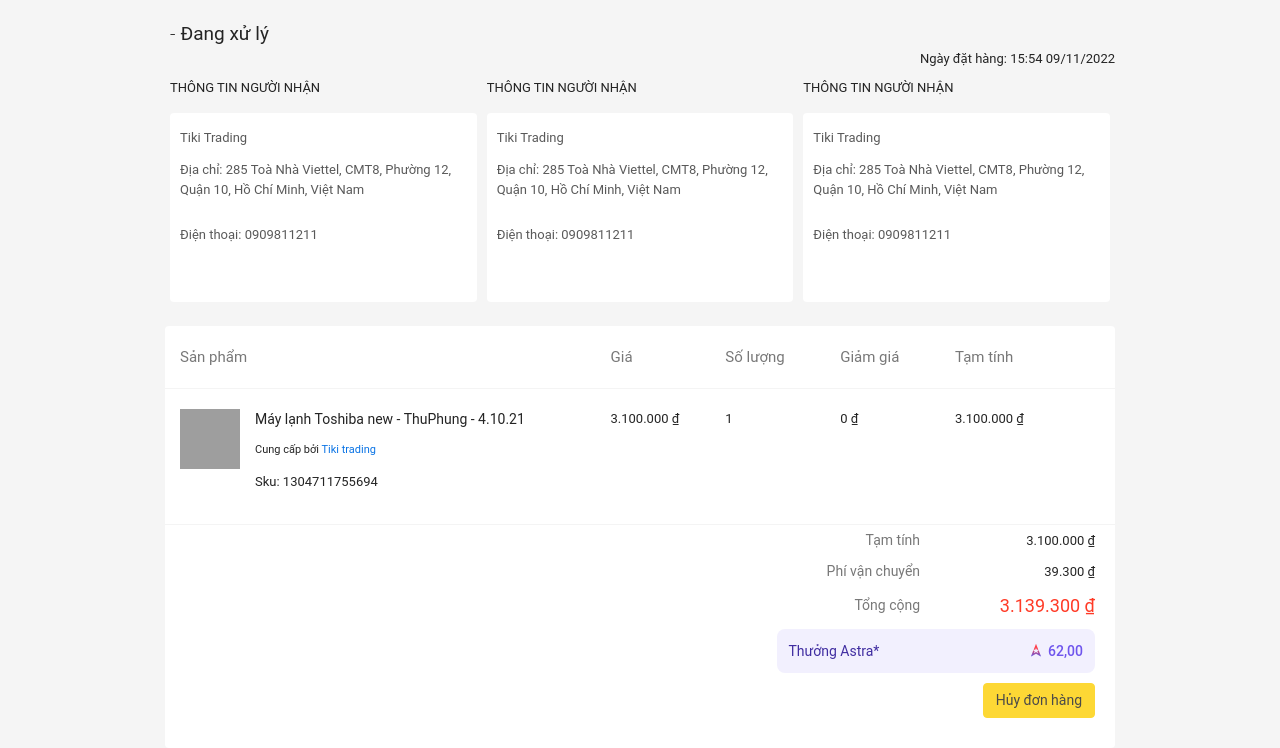
Repository: baopham2-tiki/tiki-order-listing
Page: /detailApp
An editor plug-in stored every save of this project. The page is shown before and after the next save, followed by the edit.
The browser window is 1280 px wide. The pictures show the whole page.
Pictures or frames that could not be fetched are drawn as grey boxes. The page's requests for data from a server got no answer. The project was rebuilt for these pictures with package versions that can differ from the ones it lists, and the page was loaded fresh each time. The framework's server and built-in components were replaced by stand-ins that run in the browser. No one was signed in, and anything a server would have sent is missing. Also part of the build but not shown: next.config.js.

Above is the page before, as saved 2022-11-12 13:51:54.

After the next save:
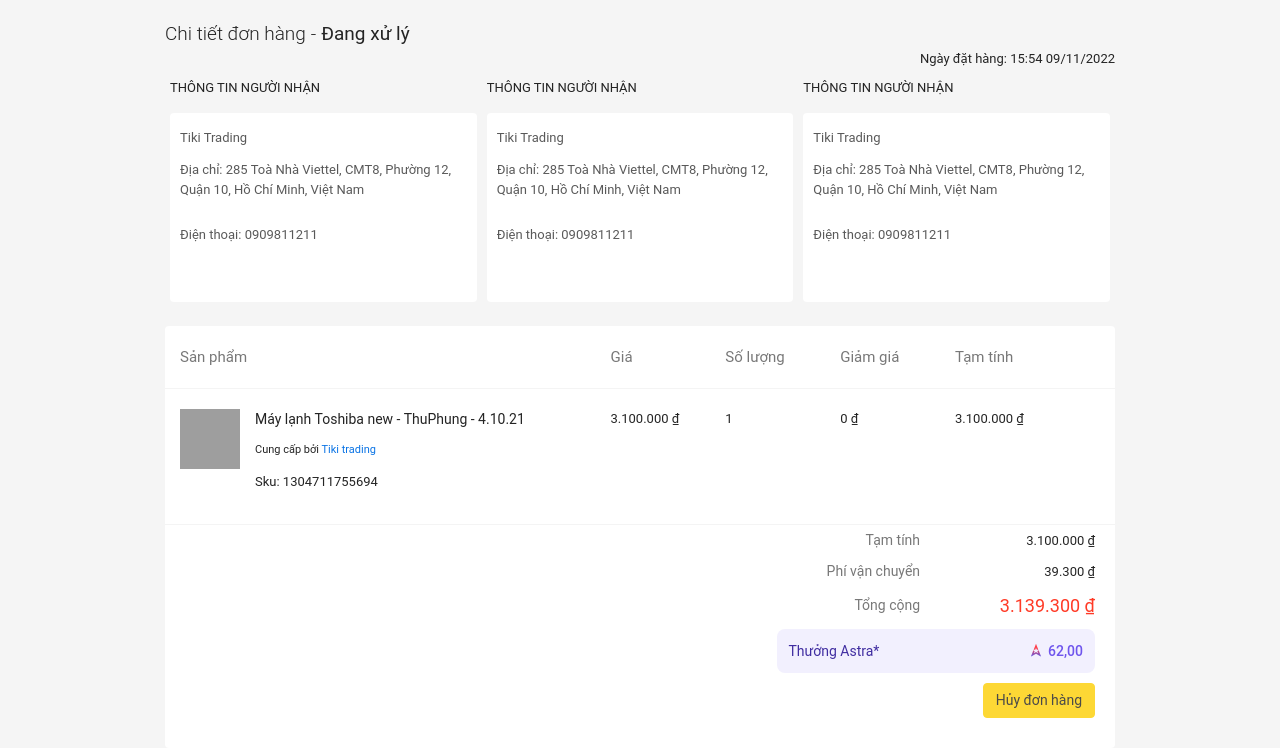
Saved 34 s later.
--- a/components/detail.jsx
+++ b/components/detail.jsx
@@ -18,7 +18,7 @@ const detail = () => {
     <Detail>
       <DetailList>
         <HeadingDetail>
-          <span>{details.id}</span>
+          <span>Chi tiết đơn hàng{details.id}</span>
           <span className="split">-</span>
           <span className="status">Đang xử lý</span>
         </HeadingDetail>
